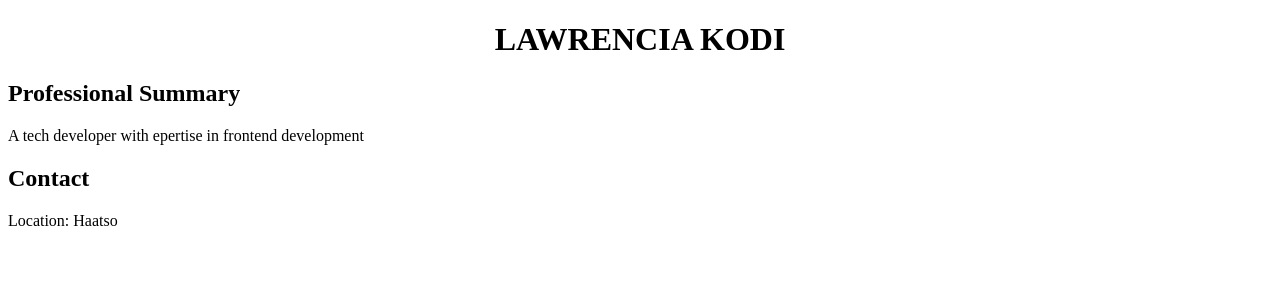
Repository: lawrencia-coder/T4G_CV
Page: index.html
These files come from the project's save history. The page is drawn as it stood at one moment and after a run of saves; the edit follows.
The browser window is 1280 px wide. The pictures show the whole page.
Some web libraries are served in a nearby version.

Above is the page before, as saved 2026-07-09 07:22:01.

### index.html
<!DOCTYPE html>
<html lang="en">
<head>
    <meta charset="UTF-8">
    <meta name="viewport" content="width=device-width, initial-scale=1.0">
    <script src="https://kit.fontawesome.com/c72fc9c022.js" crossorigin="anonymous"></script>
    <title>T4G_CV</title>
    <link rel="stylesheet" href="style.css">
</head>
<body>
    <h1>LAWRENCIA KODI</h1>
    <div class="cv-container">
        <div class="left column">
            <h2>Professional Summary</h2>
              <p>A tech developer with epertise in frontend development</p>
        </div>
         <div class="right column">
             <h2> Contact</h2>
              <p>Location: Haatso</p>
         </div>
    </div>

</body>
</html>

### style.css
/* working on my headings */
h1{
    text-align: center;

}
.cv-container{
    display flex: ;
}

After the next 3 saves:
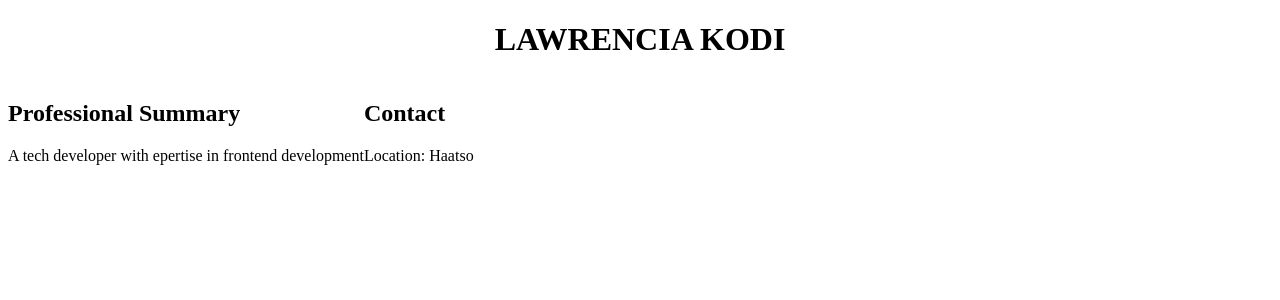
The 3 saves are shown as one change because they came seconds apart.
The last was saved 12 s later.
--- a/style.css
+++ b/style.css
@@ -4,5 +4,5 @@ h1{
 
 }
 .cv-container{
-    display flex: ;
+    display: flex;
 }
